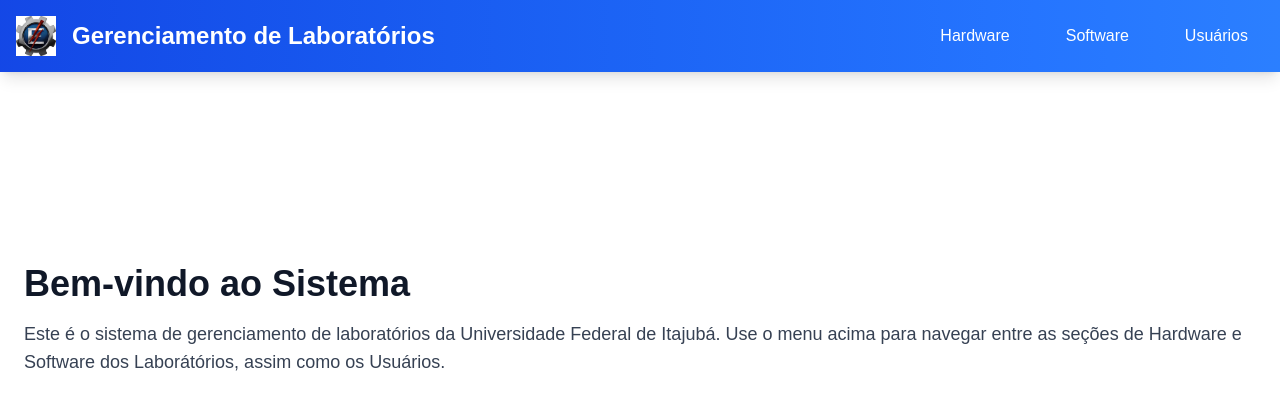
Repository: fabianosevla/gestao-labs
Page: / (app in lab-management-system/)
An editor plug-in stored every save of this project. The page is shown before and after the next save, followed by the edit.
The browser window is 1280 px wide. The pictures show the whole page.
The project was rebuilt for these pictures with package versions that can differ from the ones it lists, and the page was loaded fresh each time. The framework's server and built-in components were replaced by stand-ins that run in the browser. Also part of the build but not shown: lab-management-system/next.config.mjs.

Above is the page before, as saved 2025-05-06 19:15:59.

### lab-management-system/app/layout.js
"use client";

import "./globals.css";
import Link from "next/link";
import { useState } from "react";

export default function RootLayout({ children }) {
  const [hardwareOpen, setHardwareOpen] = useState(false);
  const [usersOpen, setUsersOpen] = useState(false);

  const handleClickOutside = (e) => {
    if (!e.target.closest(".dropdown")) {
      setHardwareOpen(false);
      setUsersOpen(false);
    }
  };

  return (
    <html lang="pt-BR">
      <body
        className="bg-gray-100 min-h-screen"
        onClick={handleClickOutside}
      >
        <nav className="bg-gradient-to-r from-blue-700 to-blue-500 text-white p-4 shadow-lg">
          <div className="container mx-auto flex items-center justify-between">
            <div className="flex items-center space-x-4">
              <img
                src="/images/unifei.jpg"
                alt="Logo da Universidade Federal de Itajubá"
                className="h-10 w-10"
              />
              <Link href="/" className="text-2xl font-bold text-white hover:text-gray-200 transition">
                Gerenciamento de Laboratórios
              </Link>
            </div>
            <div className="relative flex items-center space-x-6">
              <div className="dropdown relative">
                <button
                  onClick={() => setHardwareOpen(!hardwareOpen)}
                  className="px-4 py-2 text-white hover:bg-blue-600 rounded-lg transition duration-300"
                >
                  Hardware
                </button>
                {hardwareOpen && (
                  <div className="absolute top-full left-0 mt-2 w-48 bg-white text-gray-800 rounded-lg shadow-xl z-10 animate-fade-in">
                    <Link
                      href="/labs/hardware/micro"
                      className="block px-4 py-2 hover:bg-blue-100 transition"
                      onClick={() => setHardwareOpen(false)}
                    >
                      Micro
                    </Link>
                    <Link
                      href="/labs/hardware/macro"
                      className="block px-4 py-2 hover:bg-blue-100 transition"
                      onClick={() => setHardwareOpen(false)}
                    >
                      Macro
                    </Link>
                  </div>
                )}
              </div>
              <Link
                href="/labs/software"
                className="px-4 py-2 text-white hover:bg-blue-600 rounded-lg transition duration-300"
              >
                Software
              </Link>
              <div className="dropdown relative">
                <button
                  onClick={() => setUsersOpen(!usersOpen)}
                  className="px-4 py-2 text-white hover:bg-blue-600 rounded-lg transition duration-300"
                >
                  Usuários
                </button>
                {usersOpen && (
                  <div className="absolute top-full left-0 mt-2 w-48 bg-white text-gray-800 rounded-lg shadow-xl z-10 animate-fade-in">
                    <Link
                      href="/labs/users/admin"
                      className="block px-4 py-2 hover:bg-blue-100 transition"
                      onClick={() => setUsersOpen(false)}
                    >
                      Administradores
                    </Link>
                    <Link
                      href="/labs/users/visitor"
                      className="block px-4 py-2 hover:bg-blue-100 transition"
                      onClick={() => setUsersOpen(false)}
                    >
                      Visitantes
                    </Link>
                  </div>
                )}
              </div>
            </div>
          </div>
        </nav>
        <main className="pt-20">{children}</main>
      </body>
    </html>
  );
}

/* Adicionar animação no CSS global */
const style = document.createElement("style");
style.textContent = `
  @keyframes fadeIn {
    from { opacity: 0; transform: translateY(-10px); }
    to { opacity: 1; transform: translateY(0); }
  }
  .animate-fade-in {
    animation: fadeIn 0.2s ease-out;
  }
`;
document.head.appendChild(style);

### lab-management-system/app/page.js
"use client";

export default function Home() {
  return (
    <div className="p-6 pt-28">
      <h1 className="text-4xl font-bold text-gray-900 mb-4">Bem-vindo ao Sistema</h1>
      <p className="text-gray-700 text-lg">
        Este é o sistema de gerenciamento de laboratórios da Universidade Federal de Itajubá.
        Use o menu acima para navegar entre as seções de Hardware e Software dos Laborátórios, assim como os Usuários.
      </p>
    </div>
  );
}

### lab-management-system/app/globals.css
@import "tailwindcss";

:root {
  --background: #ffffff;
  --foreground: #efecec;
}

@theme inline {
  --color-background: var(--background);
  --color-foreground: var(--foreground);
  --font-sans: var(--font-geist-sans);
  --font-mono: var(--font-geist-mono);
}

@media (prefers-color-scheme: dark) {
  :root {
    --background: #f7f1f1;
    --foreground: #ededed;
  }
}

body {
  background: var(--background);
  color: var(--foreground);
  font-family: Arial, Helvetica, sans-serif;
}

After the next save:
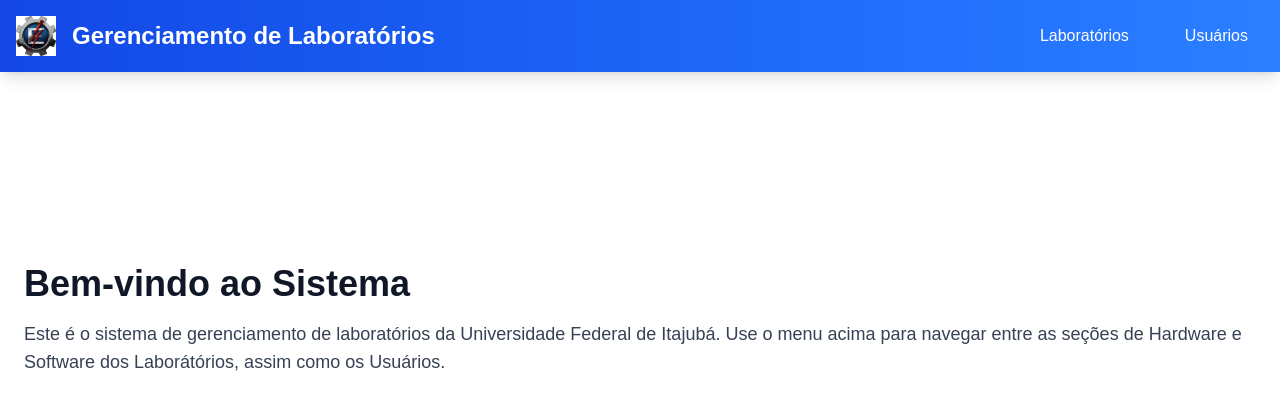
Saved 13 s later.
--- a/lab-management-system/app/layout.js
+++ b/lab-management-system/app/layout.js
@@ -5,12 +5,12 @@
 import { useState } from "react";
 
 export default function RootLayout({ children }) {
-  const [hardwareOpen, setHardwareOpen] = useState(false);
+  const [laboratoriesOpen, setLaboratoriesOpen] = useState(false);
   const [usersOpen, setUsersOpen] = useState(false);
 
   const handleClickOutside = (e) => {
     if (!e.target.closest(".dropdown")) {
-      setHardwareOpen(false);
+      setLaboratoriesOpen(false);
       setUsersOpen(false);
     }
   };
@@ -36,36 +36,44 @@
             <div className="relative flex items-center space-x-6">
               <div className="dropdown relative">
                 <button
-                  onClick={() => setHardwareOpen(!hardwareOpen)}
+                  onClick={() => setLaboratoriesOpen(!laboratoriesOpen)}
                   className="px-4 py-2 text-white hover:bg-blue-600 rounded-lg transition duration-300"
                 >
-                  Hardware
+                  Laboratórios
                 </button>
-                {hardwareOpen && (
+                {laboratoriesOpen && (
                   <div className="absolute top-full left-0 mt-2 w-48 bg-white text-gray-800 rounded-lg shadow-xl z-10 animate-fade-in">
+                    <Link
+                      href="/labs/laboratories"
+                      className="block px-4 py-2 hover:bg-blue-100 transition"
+                      onClick={() => setLaboratoriesOpen(false)}
+                    >
+                      Laboratórios
+                    </Link>
                     <Link
                       href="/labs/hardware/micro"
                       className="block px-4 py-2 hover:bg-blue-100 transition"
-                      onClick={() => setHardwareOpen(false)}
+                      onClick={() => setLaboratoriesOpen(false)}
                     >
-                      Micro
+                      Hardware Micro
                     </Link>
                     <Link
                       href="/labs/hardware/macro"
                       className="block px-4 py-2 hover:bg-blue-100 transition"
-                      onClick={() => setHardwareOpen(false)}
+                      onClick={() => setLaboratoriesOpen(false)}
                     >
-                      Macro
+                      Hardware Macro
+                    </Link>
+                    <Link
+                      href="/labs/software"
+                      className="block px-4 py-2 hover:bg-blue-100 transition"
+                      onClick={() => setLaboratoriesOpen(false)}
+                    >
+                      Software
                     </Link>
                   </div>
                 )}
               </div>
-              <Link
-                href="/labs/software"
-                className="px-4 py-2 text-white hover:bg-blue-600 rounded-lg transition duration-300"
-              >
-                Software
-              </Link>
               <div className="dropdown relative">
                 <button
                   onClick={() => setUsersOpen(!usersOpen)}
